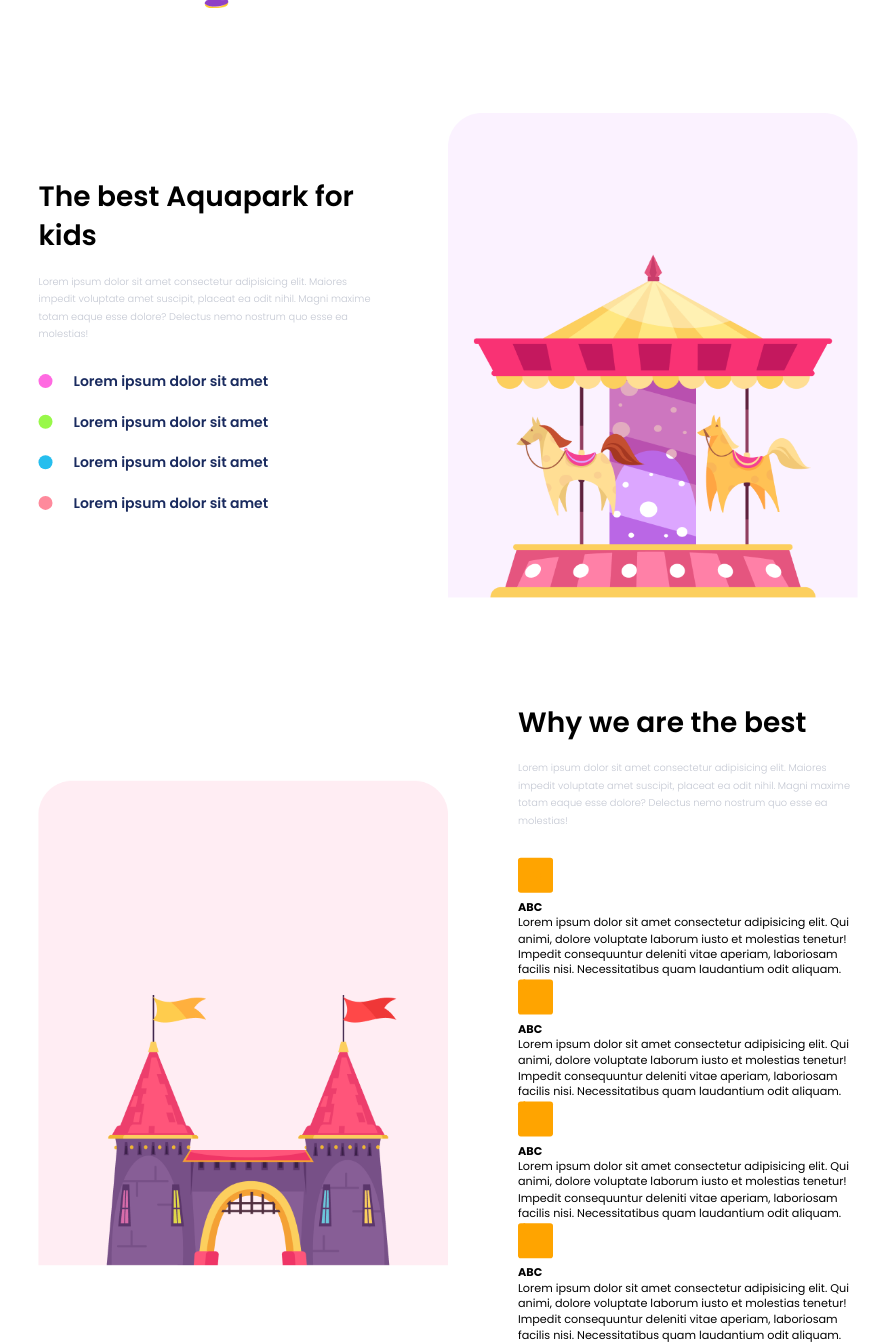
Repository: khuong30082000/the-playground
Page: index.html
The author's editor kept a copy of each file at every save. The page is drawn from the files as they stood at one save, then again after the next save.
The browser window is 1280 px wide. The pictures show the part of the page from y = 2038 to 3958 px (the page is 3958 px tall), at 70% of full size.
Some web libraries are served in a nearby version. The style sheet was rebuilt from its Sass, Less or Tailwind sources for each picture, by a compiler version that may differ from the author's.

Above is the page before, as saved 2022-06-20 17:03:31.

After the next save:
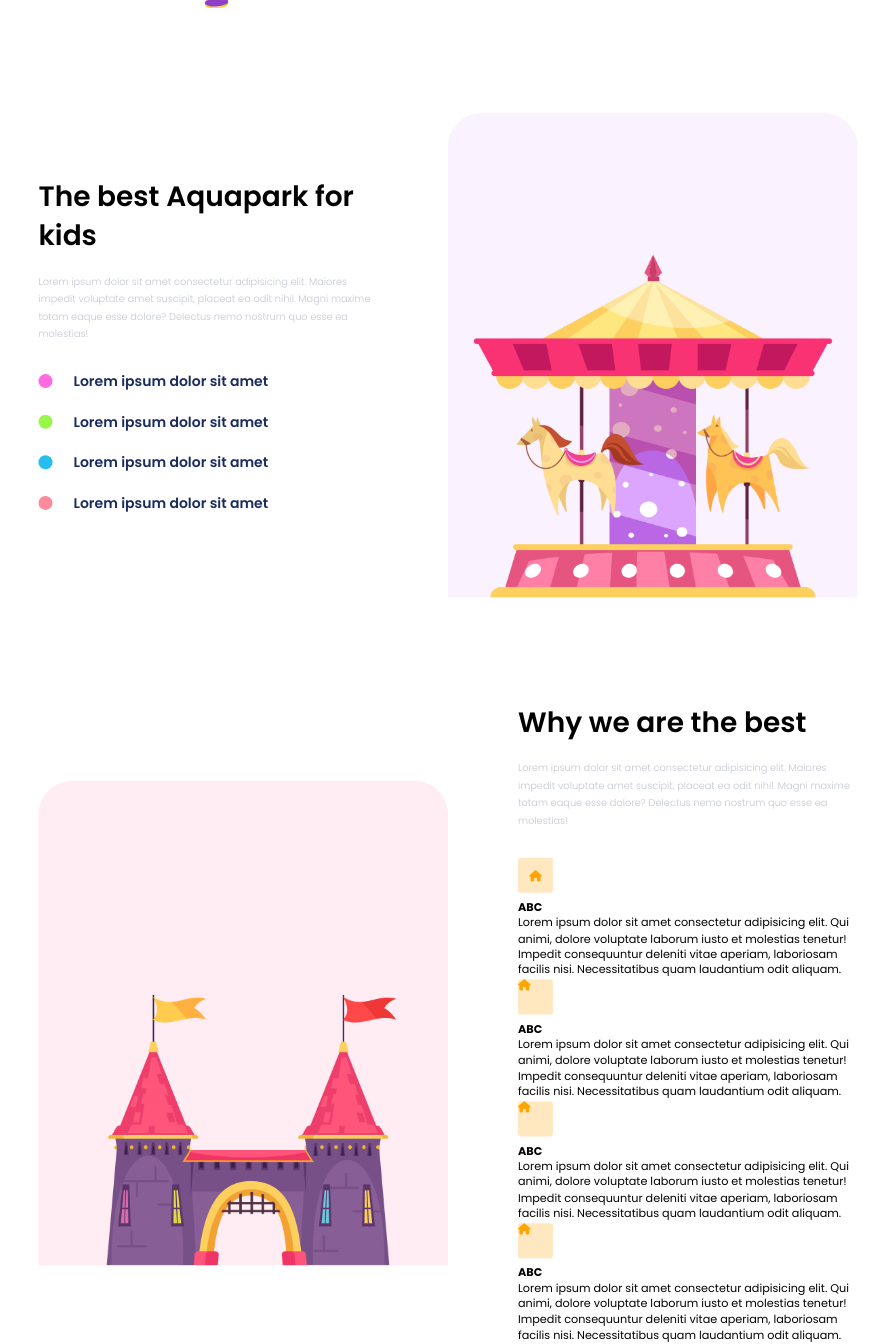
Saved 12 s later.
--- a/scss/_feature.scss
+++ b/scss/_feature.scss
@@ -91,6 +91,7 @@
                 border-radius: inherit;
                 background-color: currentColor;
                 position: absolute;
+                opacity: 0.25;
                 top:0;
                 left: 0;
                 z-index: -1;
